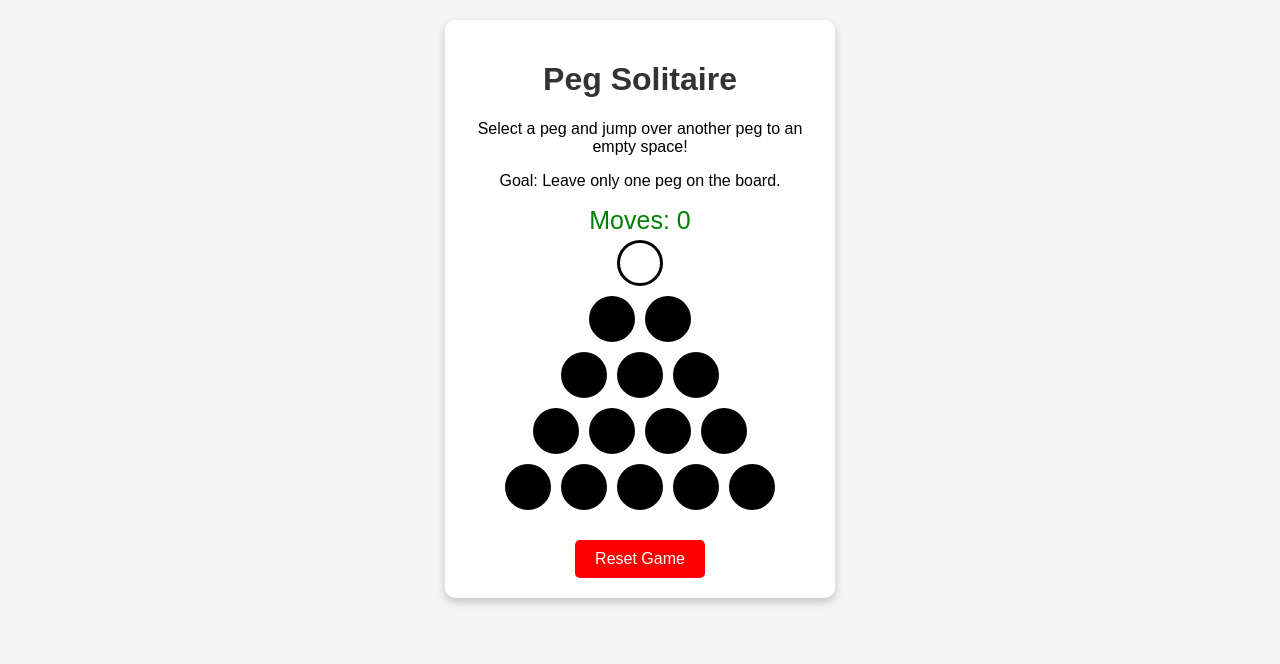
Repository: Yash19075/Mathematical-Peg-game
Page: Peg-game.html
An editor plug-in stored every save of this project. The page is shown before and after the next save, followed by the edit.
The browser window is 1280 px wide. The pictures show the whole page.

Above is the page before, as saved 2025-03-19 10:31:14.

### Peg-game.html
<!DOCTYPE html>
<html lang="en">
<head>
    <meta charset="UTF-8">
    <meta name="viewport" content="width=device-width, initial-scale=1.0">
    <title>Peg Solitaire</title>
    <link rel="stylesheet" href="Peg-game.css">
</head>
<body>

    <div class="container">
        <h1>Peg Solitaire</h1>
        <p>Select a peg and jump over another peg to an empty space!</p>
        <p>Goal: Leave only one peg on the board.</p>

        <div id="move-counter">Moves: 0</div>

        <div class="peg-board">
            <div class="row">
                <div class="peg" onclick="selectPeg(event)"></div>
            </div>
            <div class="row">
                <div class="peg" onclick="selectPeg(event)"></div>
                <div class="peg" onclick="selectPeg(event)"></div>
            </div>
            <div class="row">
                <div class="peg" onclick="selectPeg(event)"></div>
                <div class="peg" onclick="selectPeg(event)"></div>
                <div class="peg" onclick="selectPeg(event)"></div>
            </div>
            <div class="row">
                <div class="peg" onclick="selectPeg(event)"></div>
                <div class="peg" onclick="selectPeg(event)"></div>
                <div class="peg" onclick="selectPeg(event)"></div>
                <div class="peg" onclick="selectPeg(event)"></div>
            </div>
            <div class="row">
                <div class="peg" onclick="selectPeg(event)"></div>
                <div class="peg" onclick="selectPeg(event)"></div>
                <div class="peg" onclick="selectPeg(event)"></div>
                <div class="peg" onclick="selectPeg(event)"></div>
                <div class="peg" onclick="selectPeg(event)"></div>
            </div>
        </div>

        <button id="reset-btn" onclick="resetGame()">Reset Game</button>
    </div>

    <script src="Peg-game.js"></script>
</body>
</html>

### Peg-game.css
body {
    font-family: Arial, sans-serif;
    text-align: center;
    background-color: #f4f4f4;
}

.container {
    margin: 20px auto;
    width: 350px;
    background: white;
    padding: 20px;
    border-radius: 10px;
    box-shadow: 0 4px 8px rgba(0, 0, 0, 0.2);
}

h1 {
    color: #333;
}

.peg-board {
    display: flex;
    flex-direction: column;
    align-items: center;
    /* margin-top: 30px; */
}

.row {
    display: flex;
    justify-content: center;
}

.peg {
    width: 40px;
    height: 40px;
    margin: 5px;
    background-color: white;
    border: 3px solid black;
    border-radius: 50%;
    cursor: pointer;
}

.peg:hover {
    background-color: lightgray;
}

#reset-btn {
    margin-top: 25px;
    padding: 10px 20px;
    font-size: 16px;
    background-color: red;
    color: white;
    border: none;
    cursor: pointer;
    border-radius: 5px;
}

#reset-btn:hover {
    background-color: darkred;
}

#move-counter {
    font-size: 25px;
    margin-top: 15px;
    margin-bottom: 0px;
    color: green;
}

### Peg-game.js
let peg = [
    [0],
    [1,1],
    [1,1,1],
    [1,1,1,1],
    [1,1,1,1,1]
];
var moves = [];
for(let r = 0; r<20;r++)
{
    moves[r] = [];
}

let pegs = document.querySelectorAll(".peg");
// console.log(pegs);
let index = 0;
for(let i = 0; i< peg.length; i++)
{
    for(let j = 0; j < peg[i].length; j++)
        {
            if(peg[i][j] == 1)
            {
                pegs[index].style.backgroundColor = "black";
            }
            // console.log(`Peg at (${i}, ${j}): ${peg[i][j]}`);
            pegs[index].dataset.row = i;
            pegs[index].dataset.col = j;
            index++;
        }
}

// for (let peg of pegs) {
//     console.log(`Peg at index ${peg.dataset.row}, ${peg.dataset.col}`);
// }
let selectedPeg;
function selectPeg(event)
{
    // console.log("👉 CLICKED ELEMENT:", event.target);
    // console.log("🔍 DATASET:", event.target.dataset);
    let moveCount;
    let selected = event.target;
    let rowNO = parseInt(selected.dataset.row);
    let colNO = parseInt(selected.dataset.col);
    // console.log("🔍 DATASET:", rowNO ,colNO);
    if (selected.style.backgroundColor === "green" ) return;
    // console.log(`Selected ${rowNO}, ${colNO}`);
    // console.log(`The value of peg is ${peg[rowNO][colNO]}`);
    moveCount = validMoves(rowNO,colNO);
    if(selectedPeg == selected)
    {
        selectedPeg = null;
        return;
    }
    selectedPeg = selected;
    // console.log("Selected peg is ", selectedPeg);
    // console.log(moves)
    if(moveCount === 0)
        alert("No moves");
    for(let i = 0; i<moveCount;i++)
    {
        let target_row = moves[i][2];
        let target_col = moves[i][3];
        let index2 = move_to_index(target_row,target_col);
        pegs[index2].style.backgroundColor = "green";
        pegs[index2].addEventListener("click", movePeg)
    }
    // movePeg();
}

function movePeg(event) {
    // console.log("Selected peg is ", selectedPeg);
    let targeted = event.target;
    let targetRowNO = parseInt(targeted.dataset.row);
    let targetColNO = parseInt(targeted.dataset.col);

    let selectedRowNo = parseInt(selectedPeg.dataset.row);
    let selectedColNo = parseInt(selectedPeg.dataset.col);

    let midRowNo = (targetRowNO + selectedRowNo) / 2;
    let midColNo =(targetColNO + selectedColNo) / 2;

    if (peg[midRowNo][midColNo] == 0 || peg[targetRowNO][targetColNO] == 1 || peg[selectedRowNo][selectedColNo] == 0) {
        // console.log("Invalid move: Check peg positions.");
        return;
    }

    let selectedIndex = move_to_index(selectedRowNo, selectedColNo);
    let targetIndex = move_to_index(targetRowNO, targetColNO);
    let middleIndex = move_to_index(midRowNo, midColNo);

    peg[targetRowNO][targetColNO] = 1;
    peg[midRowNo][midColNo] = 0;
    peg[selectedRowNo][selectedColNo] = 0;

    // console.log(`Selected Peg: peg[${selectedRowNo}][${selectedColNo}] = ${peg[selectedRowNo][selectedColNo]}`);
    // console.log(`Mid Peg: peg[${midRowNo}][${midColNo}] = ${peg[midRowNo][midColNo]}`);
    // console.log(`Target Peg: peg[${targetRowNO}][${targetColNO}] = ${peg[targetRowNO][targetColNO]}`);

    // console.log(`move_to_index(${selectedRowNo}, ${selectedColNo}) = ${selectedIndex}`);
    // console.log(`move_to_index(${midRowNo}, ${midColNo}) = ${middleIndex}`);
    // console.log(`move_to_index(${targetRowNO}, ${targetColNO}) = ${targetIndex}`);
    // console.log(`selectedIndex: ${selectedIndex}, middleIndex: ${middleIndex}, targetIndex: ${targetIndex}`);
    // console.log(peg)

    pegs[selectedIndex].style.backgroundColor = "white";
    pegs[middleIndex].style.backgroundColor = "white";
    pegs[targetIndex].style.backgroundColor = "black";



    pegs.forEach(peg => {
        if (peg.style.backgroundColor === "green") {
            peg.style.backgroundColor = "white";
            peg.removeEventListener("click", movePeg);
        }
    });

    selectedPeg = null;
}

function move_to_index(i,j)
{
    let index1 = (i*(i+1)/2)+j;
    return index1;
}


function validMoves(row, col) {
    var count = 0;
    moves = [];

    var target_r = row - 2;
    if (target_r >= 0 && peg[target_r][col] == 0 && peg[row - 1][col] == 1) {
        moves[count] = [row, col, target_r, col];
        count++;
    }

    if (target_r >= 0 && col - 2 >= 0 && peg[target_r][col - 2] == 0 && peg[row - 1][col - 1] == 1) {
        moves[count] = [row, col, target_r, col - 2];
        count++;
    }

    var backward_r = row + 2;
    if (backward_r < peg.length && peg[backward_r][col] == 0 && peg[row + 1][col] == 1) {
        moves[count] = [row, col, backward_r, col];
        count++;
    }

    if (backward_r < peg.length && col + 2 <= backward_r && peg[backward_r][col + 2] == 0 && peg[row + 1][col + 1] == 1) {
        moves[count] = [row, col, backward_r, col + 2];
        count++;
    }

    var backward_c = col - 2;
    if (backward_c >= 0 && peg[row][backward_c] == 0 && peg[row][col - 1] == 1) {
        moves[count] = [row, col, row, backward_c];
        count++;
    }

    var forward_c = col + 2;
    if (forward_c <= row && peg[row][forward_c] == 0 && peg[row][col + 1] == 1) {
        moves[count] = [row, col, row, forward_c];
        count++;
    }

    return count;
}

After the next save:
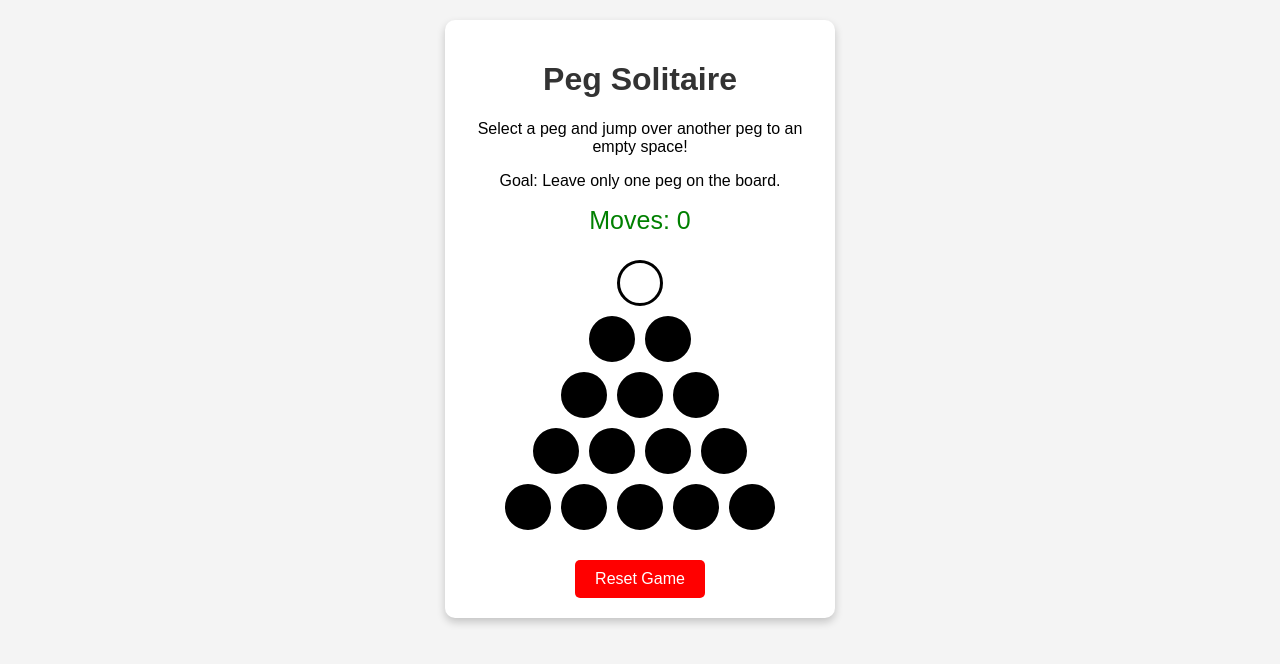
Saved 7 s later.
--- a/Peg-game.css
+++ b/Peg-game.css
@@ -21,7 +21,7 @@ h1 {
     display: flex;
     flex-direction: column;
     align-items: center;
-    /* margin-top: 30px; */
+    margin-top: 20px;
 }
 
 .row {
